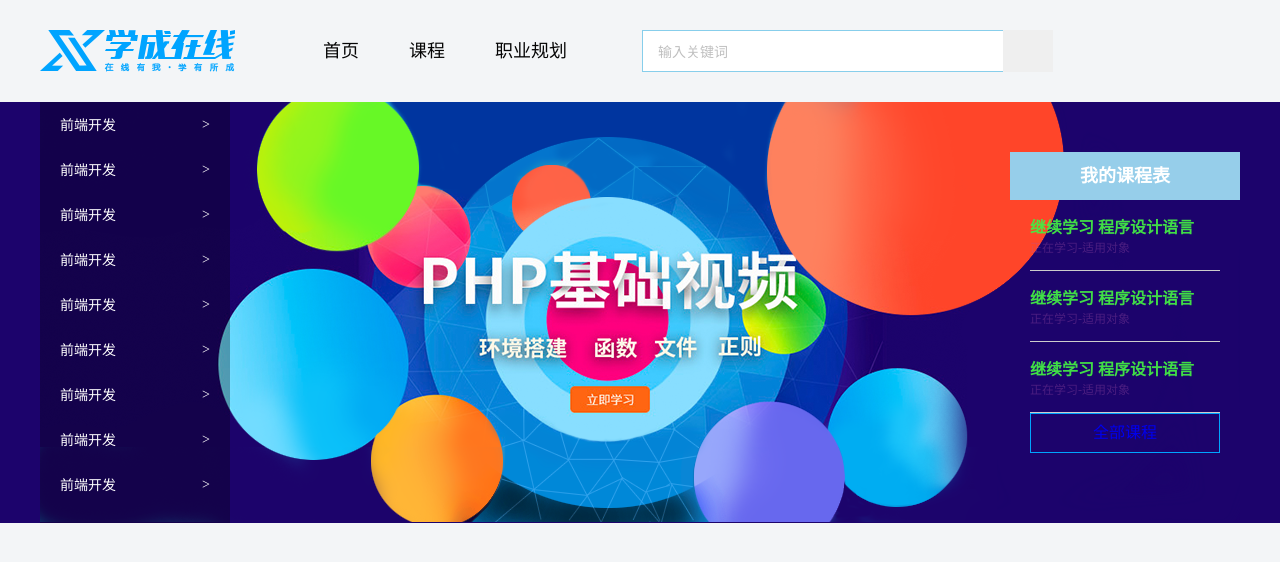
Repository: R1Deemo/Web-Project
Page: index..html
An editor plug-in stored every save of this project. The page is shown before and after the next save, followed by the edit.
The browser window is 1280 px wide. The pictures show the whole page.

Above is the page before, as saved 2022-03-09 17:35:46.

### index..html
<!DOCTYPE html>
<html lang="en">

<head>
    <meta charset="UTF-8">
    <meta http-equiv="X-UA-Compatible" content="IE=edge">
    <meta name="viewport" content="width=device-width, initial-scale=1.0">
    <title>测试页面</title>
    <link rel="stylesheet" href="style.css">
</head>

<body>
    <!--头部模块 -->
    <div class="header w">
        <div class="logo">
            <img src="images/学成在线.png" alt="">
        </div>
        <!-- 实际开发中要用li+a的做法做导航栏 -->
        <div class="nav">
            <ul>
                <li>
                    <a href="#">首页</a>
                </li>
                <li>
                    <a href="#">课程</a>
                </li>
                <li>
                    <a href="#">职业规划</a>
                </li>

            </ul>
        </div>
        <!-- 搜索模块 -->
        <div class="search">
            <input type="text" value="输入关键词">
            <button></button>

        </div>

    </div>
    <!-- 头部区域结束 -->
    <!-- banner部分开始 -->
    <div class="banner">
        <div class="w">
            <div class="subnav">
                <ul>
                    <li><a href="#">前端开发<span>&gt</span></a></li>
                    <li><a href="#">前端开发<span>&gt</span></a></li>
                    <li><a href="#">前端开发<span>&gt</span></a></li>
                    <li><a href="#">前端开发<span>&gt</span></a></li>
                    <li><a href="#">前端开发<span>&gt</span></a></li>
                    <li><a href="#">前端开发<span>&gt</span></a></li>
                    <li><a href="#">前端开发<span>&gt</span></a></li>
                    <li><a href="#">前端开发<span>&gt</span></a></li>
                    <li><a href="#">前端开发<span>&gt</span></a></li>

                </ul>

            </div>
            <div class="course">
                <h2>我的课程表</h2>
                <div class="bd">
                    <ul>
                        <li>
                            <h4>继续学习 程序设计语言</h4>
                            <p>正在学习-适用对象</p>
                        </li>
                        <li>
                            <h4>继续学习 程序设计语言</h4>
                            <p>正在学习-适用对象</p>
                        </li>
                        <li>
                            <h4>继续学习 程序设计语言</h4>
                            <p>正在学习-适用对象</p>
                        </li>


                    </ul>
                    <a href="#" class="more">全部课程</a>
                </div>

            </div>
        </div>
    </div>

</body>

</html>

### style.css
* {
    margin: 0;
    padding: 0;
}

.w {
    width: 1200px;
    margin: 0 auto;
}

body {
    background-color: #f3f5f7;
}

li {
    list-style: none;
}

a {
    text-decoration: none;
}

.header {
    height: 42px;
    /* background-color: pink; */
    margin: 30px auto;
}

.logo {
    float: left;
    width: 198px;
    height: 42px;
}

.nav {
    float: left;
    margin-left: 60px;
}

.nav ul li {
    float: left;
    margin: 0 15px;
}

.nav ul li a {
    display: block;
    height: 42px;
    padding: 0 10px;
    line-height: 42px;
    font-size: 18px;
    color: #050505;
}

.nav ul li a:hover {
    border-bottom: 2px solid #00a4ff;
}

.search {
    float: left;
    width: 412px;
    height: 42px;
    margin-left: 50px;
}

.search input {
    float: left;
    width: 345px;
    height: 40px;
    border: 1px solid skyblue;
    border-right: 0;
    color: #bfbfbf;
    font-size: 14px;
    padding-left: 15px;
}

.search button {
    float: left;
    width: 50px;
    height: 42px;
    border: 0;
    /* background: url(images/搜索.png); */
}

.banner {
    background-color: #1c036c;
    height: 421px;
}

.banner .w {
    background: url(images/banner2.png) no-repeat top center;
    height: 421px;
}

.subnav {
    float: left;
    width: 190px;
    height: 421px;
    background-color: rgba(0, 0, 0, .3);
}

.subnav ul li {
    height: 45px;
    line-height: 45px;
    padding: 0 20px;
}

.subnav ul li a {
    font-size: 14px;
    color: #fff;
}

.subnav ul li a span {
    float: right;
}

.subnav ul li a:hover {
    color: #00a4ff;
}

.course {
    float: right;
    margin-top: 50px;
    width: 230px;
    height: 300px;
    /* background-color: #fff; */
}

.course h2 {
    height: 48px;
    background-color: #96ceea;
    font-size: 18px;
    line-height: 48px;
    text-align: center;
    color: #fff;
}

.bd {
    padding: 0 20px;
}

.bd ul li h4 {
    font-size: 16px;
    color: #4e4e;
}

.bd ul li p {
    font-size: 12px;
    color: #a5a5;
}

.bd ul li {
    border-bottom: 1px solid #ccc;
    padding: 14px 0;
}

.bd .more {
    display: block;
    height: 38px;
    border: 1px solid #00a4ff;
    text-align: center;
    line-height: 38px;
}

After the next save:
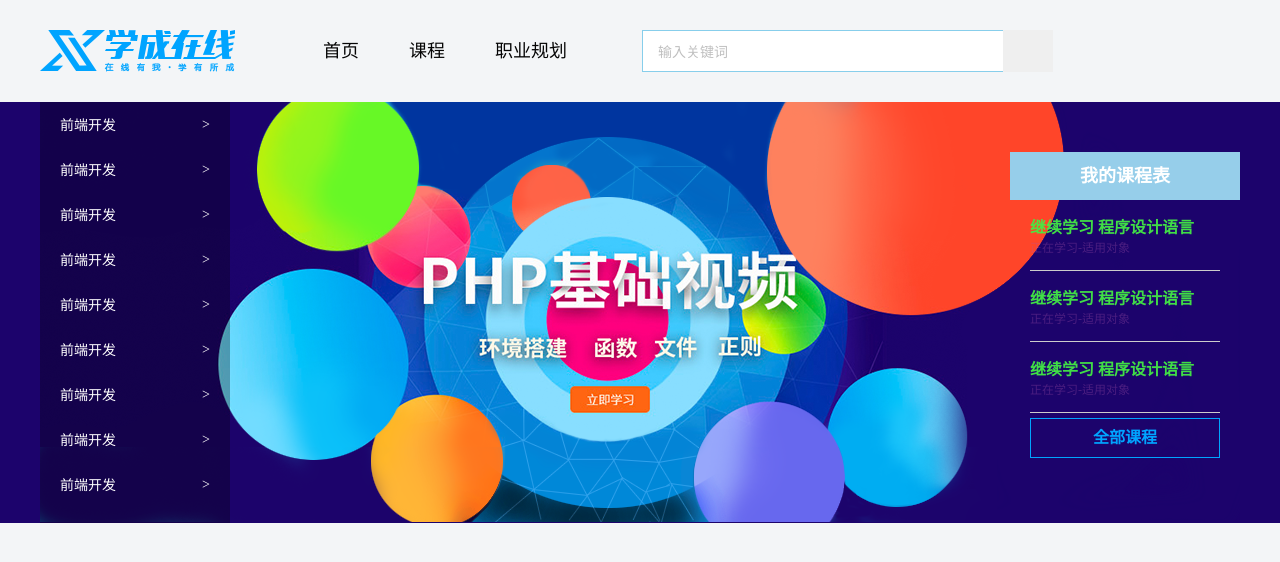
Saved 77 s later.
--- a/style.css
+++ b/style.css
@@ -159,4 +159,8 @@
     border: 1px solid #00a4ff;
     text-align: center;
     line-height: 38px;
+    color: #00a4ff;
+    font-size: 16px;
+    font-weight: 700;
+    margin-top: 5px;
 }
